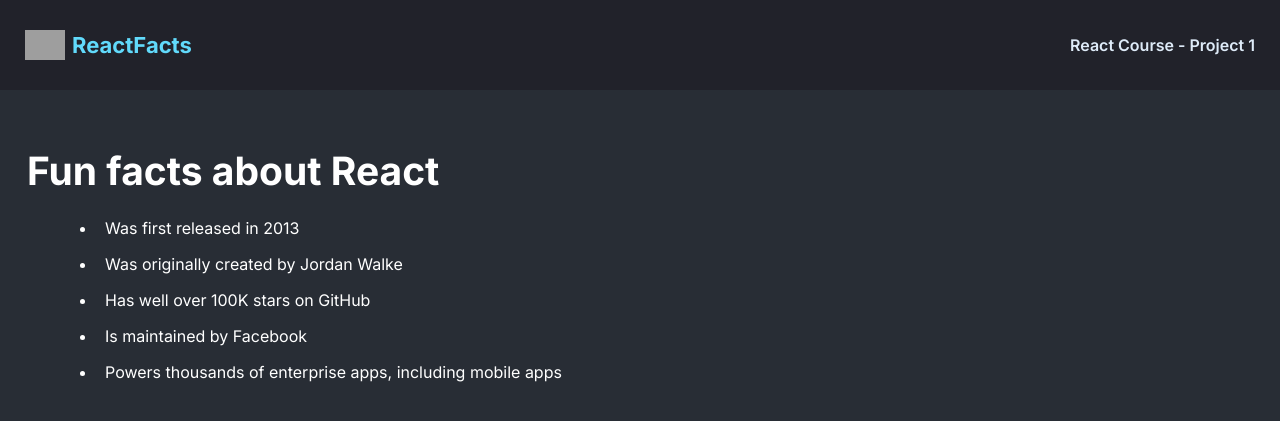
Repository: evemcd/scrimba-react2
Page: / (app in vite-react/)
The author's editor kept a copy of each file at every save. The page is drawn from the files as they stood at one save, then again after the next save.
The browser window is 1280 px wide. The pictures show the whole page.
Pictures or frames that could not be fetched are drawn as grey boxes. The project was rebuilt for these pictures with package versions that can differ from the ones it lists, and the page was loaded fresh each time. Also part of the build but not shown: vite-react/vite.config.js.

Above is the page before, as saved 2023-08-04 12:15:33.

### vite-react/index.html
<!doctype html>
<html lang="en">

<head>
  <meta charset="UTF-8" />
  <meta name="viewport" content="width=device-width, initial-scale=1.0" />
  <link rel="preconnect" href="https://fonts.googleapis.com">
  <link rel="preconnect" href="https://fonts.gstatic.com" crossorigin>
  <link
    href="https://fonts.googleapis.com/css2?family=Inter:wght@400;600;700&family=Roboto+Condensed:wght@300;400;700&family=Roboto:ital,wght@0,400;0,700;0,900;1,300&display=swap"
    rel="stylesheet">
  <link rel="stylesheet" href="./src/index.css">
  <title>ReactFacts</title>
</head>

<body>
  <div id="root"></div>
  <script type="module" src="/src/index.jsx"></script>
</body>

</html>

### vite-react/src/index.css
* {
  box-sizing: border-box;
}

body {
  margin: 0;
  font-family: Inter, sans-serif;
  background-color: #282D35;
}

nav {
  display: flex;
  align-items: center;
  background-color: #21222A;
  height: 90px;
  padding: 30px 25px;
}

.nav--icon {
  height: 30px;
  margin-right: 7px;
}

.nav--logo_text {
  color: #61DAFB;
  margin: 0;
  margin-right: auto;
  font-weight: 700;
  font-size: 22px;
}

.nav--title {
  margin: 0;
  color: #DEEBF8;
  font-weight: 600;
}

main {
  color: #FFFFFF;
  padding: 57px 27px;
}

.main--title {
  margin: 0;
  /* padding: 40px 25px 20px 25px; */
  font-size: 39px;
}

.factsList {
  padding: 0 70px;
}

.listElements {
  padding: 8px;
  font-size: 16px;
}

### vite-react/src/index.jsx
import React from 'react'
import ReactDOM from 'react-dom'
import App from './App.jsx'



ReactDOM.render(
  <App />,
  document.getElementById('root'))

### vite-react/src/App.jsx
import React from 'react'
import Navbar from './components/Navbar.jsx'
import Main from './components/Main.jsx'

export default function App() {
    return (
        <div className="container">
            <Navbar />
            <Main />
        </div>
    )
}

### vite-react/src/components/Navbar.jsx
import '../index.css'

export default function Navbar() {
    return (
        <nav>
            <img src="../../public/img/react-logo.png" className='nav--icon' />
            <h3 className='nav--logo_text'>ReactFacts</h3>
            <h4 className='nav--title'>React Course - Project 1</h4>
        </nav>
    )
}

### vite-react/src/components/Main.jsx
export default function Main() {
    return (
        <main>
            <h1 className="main--title">Fun facts about React</h1>
            <ul className="factsList">
                <li className="listElements">Was first released in 2013</li>
                <li className="listElements">Was originally created by Jordan Walke</li>
                <li className="listElements">Has well over 100K stars on GitHub</li>
                <li className="listElements">Is maintained by Facebook</li>
                <li className="listElements">Powers thousands of enterprise apps, including mobile apps</li>
            </ul>
        </main>
    )
}

After the next save:
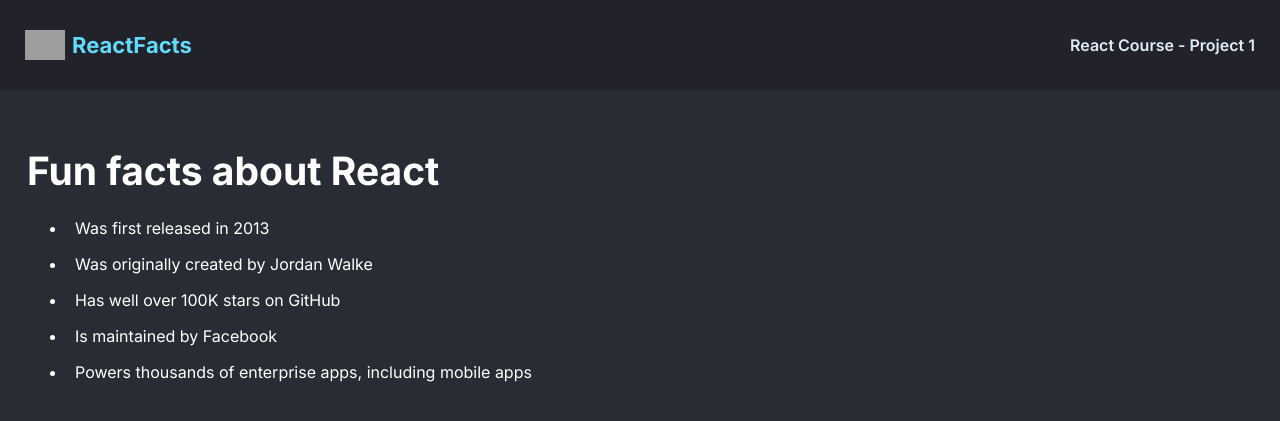
Saved 7 s later.
--- a/vite-react/src/components/Main.jsx
+++ b/vite-react/src/components/Main.jsx
@@ -2,7 +2,7 @@ export default function Main() {
     return (
         <main>
             <h1 className="main--title">Fun facts about React</h1>
-            <ul className="factsList">
+            <ul className="main--facts">
                 <li className="listElements">Was first released in 2013</li>
                 <li className="listElements">Was originally created by Jordan Walke</li>
                 <li className="listElements">Has well over 100K stars on GitHub</li>
